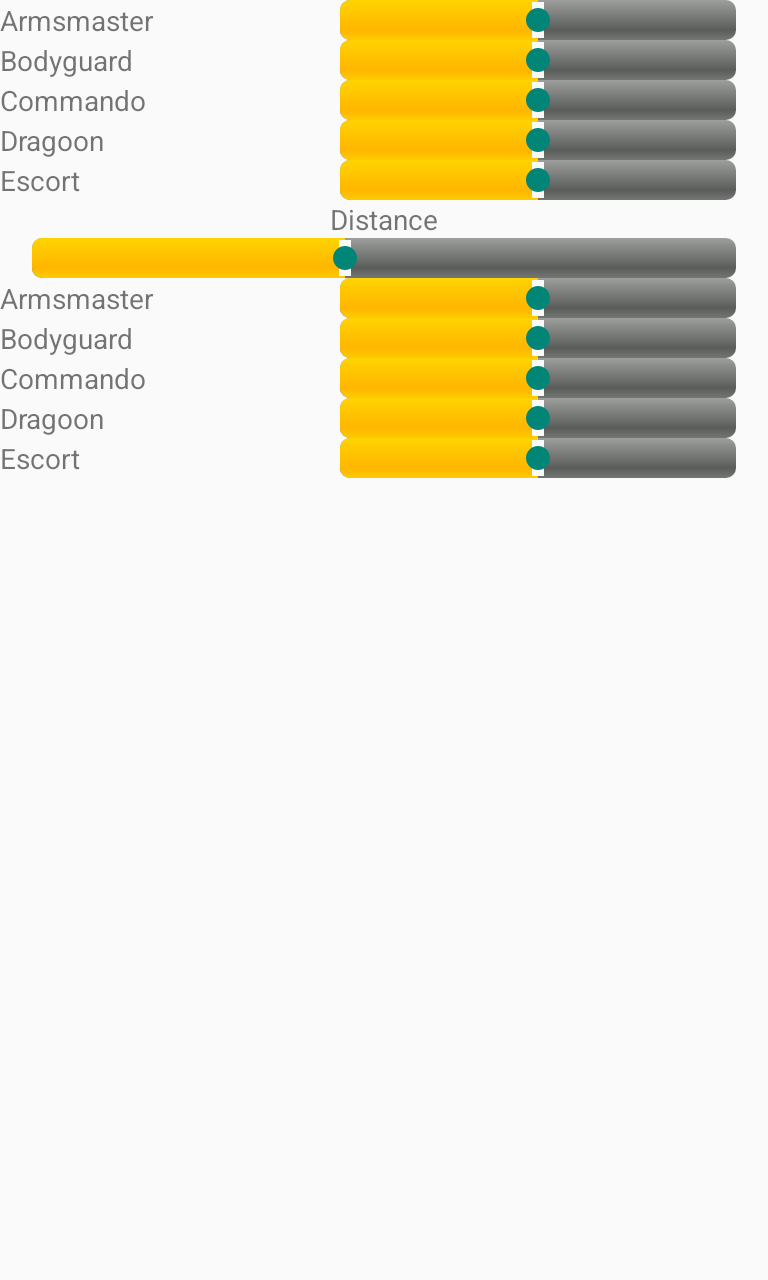
Repository: bryanpope/TARR
Layout: workspace/helloworld/res/layout/activity_hello_world.xml
The author's editor kept a copy of each file at every save. The layout is drawn from the files as they stood at one save, then again after the next save.
It is drawn on a 768 x 1280 px phone screen (xhdpi) without system bars, with theme AppTheme; the app's code is not run.

Above is the layout before, as saved 2014-06-01 22:59:32.

After the next save:
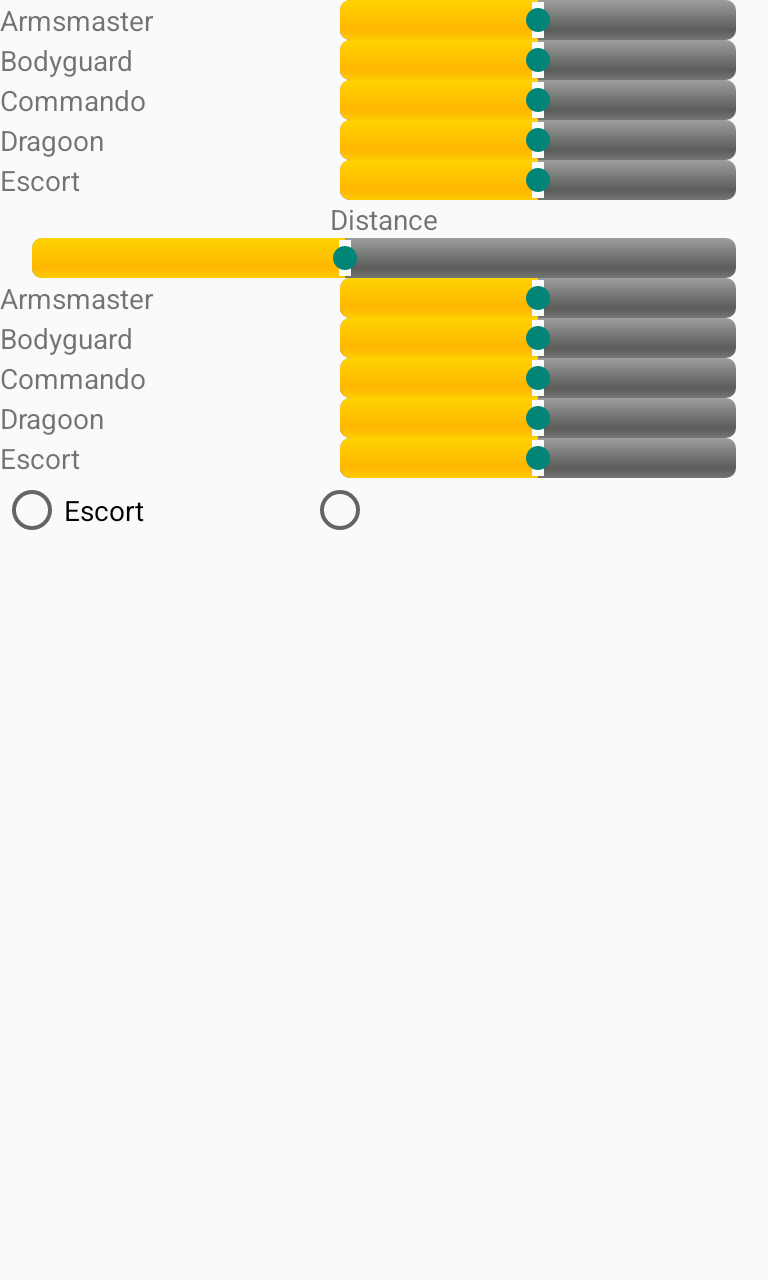
Saved 17 min 9 s later.
--- a/workspace/helloworld/res/layout/activity_hello_world.xml
+++ b/workspace/helloworld/res/layout/activity_hello_world.xml
@@ -232,5 +232,27 @@
 	        android:secondaryProgress="0" />
 	</LinearLayout>
 
+	<RadioGroup
+	    android:layout_width="fill_parent"
+	    android:layout_height="wrap_content"
+	    android:orientation="horizontal" >
+
+	    <RadioButton
+	        android:id="@+id/radioCrossbows"
+	        android:layout_width="0dp"
+	        android:layout_height="wrap_content"
+	      	android:layout_gravity="center_vertical"
+	        android:layout_weight="0.90"
+	        android:text="@string/escort" />
+	    <RadioButton
+	        android:id="@+id/radioGuns"
+	        style="@android:style/Widget.ProgressBar.Horizontal"
+	        android:layout_width="230dp"
+	        android:layout_height="wrap_content"
+	        android:max="50"
+	        android:progress="25"
+	        android:secondaryProgress="0" />
+	</RadioGroup>
+
 
 </LinearLayout>
